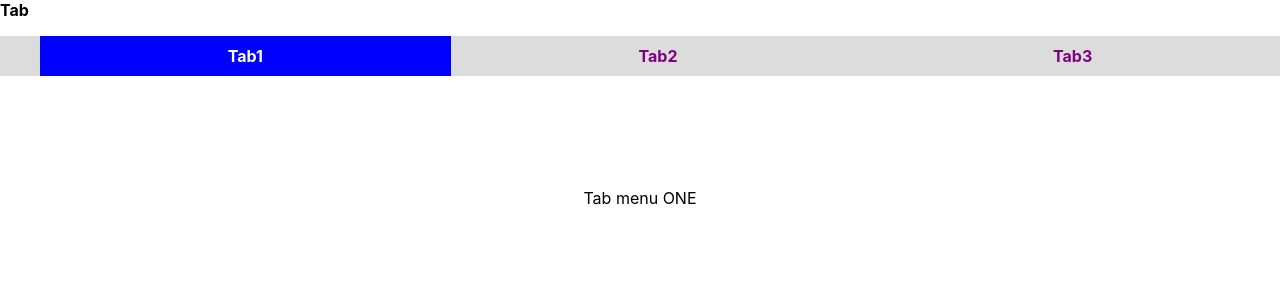
Repository: janghwahyun/wanted_pre_onboarding
Page: /Tab
The author's editor kept a copy of each file at every save. The page is drawn from the files as they stood at one save, then again after the next save.
The browser window is 1280 px wide. The pictures show the whole page.
The project was rebuilt for these pictures with package versions that can differ from the ones it lists, and the page was loaded fresh each time. Also part of the build but not shown: src/component/ClickToEdit.js, src/component/AutoComplete.js, src/component/Modal.js, src/component/Tag.js, src/component/Toggle.js.

Above is the page before, as saved 2022-02-11 14:08:22.

After the next save:
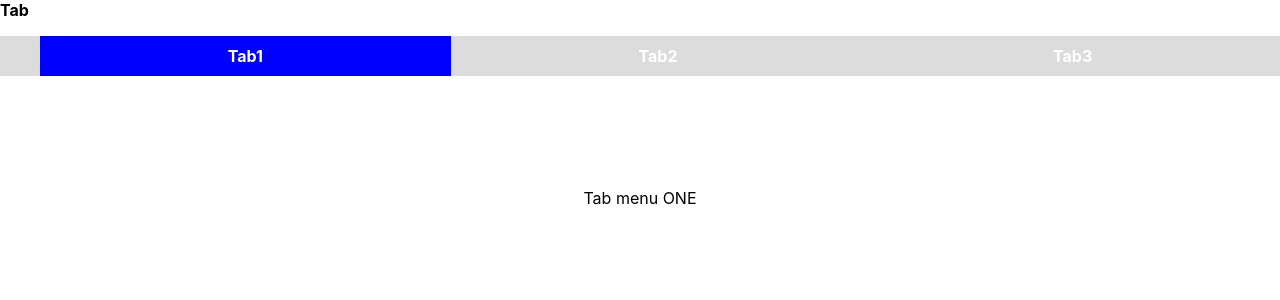
Saved 8 s later.
--- a/src/component/Tab.js
+++ b/src/component/Tab.js
@@ -37,7 +37,7 @@ const Tab = () => {
 
 const TabMenu = styled.ul`
   background-color: #dcdcdc;
-  color: purple;
+  color: white;
   font-weight: bold;
   display: flex;
   flex-direction: row;
